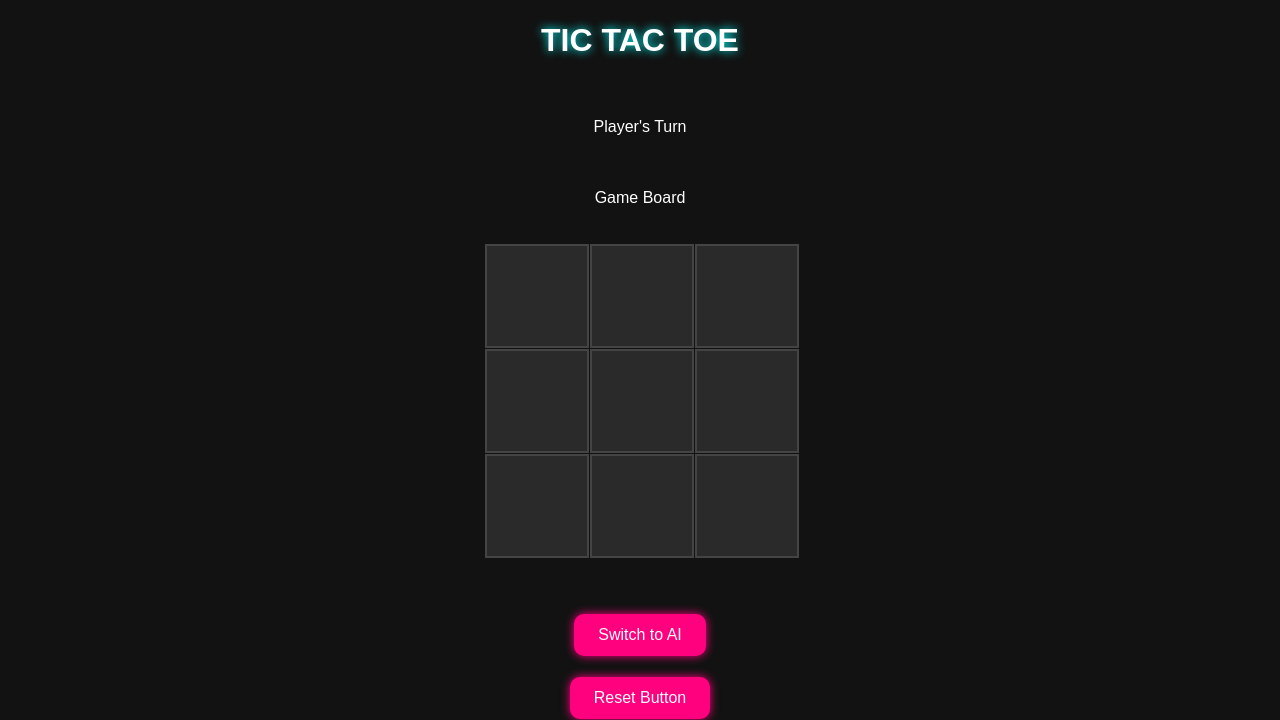
Repository: Yash19075/TicTacToe-game
Page: TicTacToe.html
The author's editor kept a copy of each file at every save. The page is drawn from the files as they stood at one save, then again after the next save.
The browser window is 1280 px wide. The pictures show the whole page.

Above is the page before, as saved 2025-03-09 10:10:17.

After the next save:
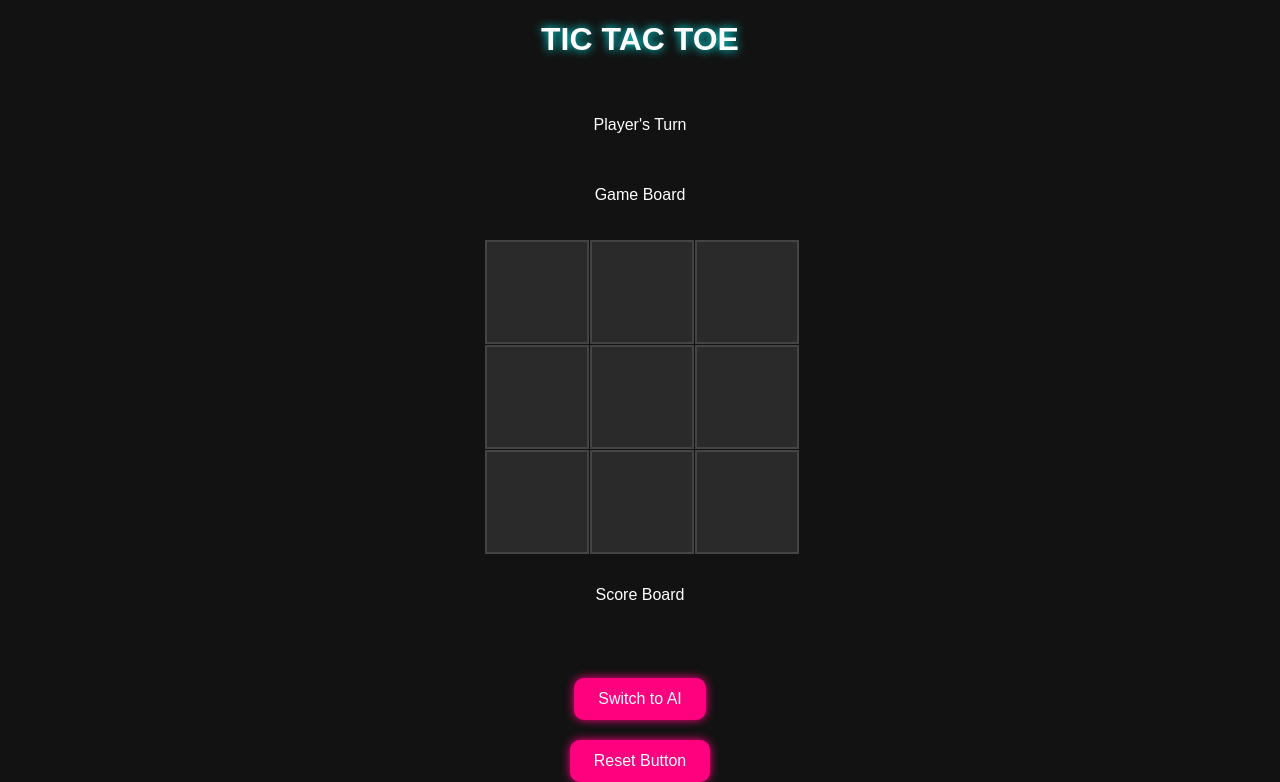
Saved 5 min 57 s later.
--- a/TicTacToe.html
+++ b/TicTacToe.html
@@ -23,6 +23,7 @@
         <div class="cell" onclick="handleClick(7)"></div>
         <div class="cell" onclick="handleClick(8)"></div>
     </div>
+    <p>Score Board</p>
     <br>
     <button class="css-switchButton">Switch to AI</button>
     <button class="css-resetButton" onclick="button_reset()">Reset Button</button>
